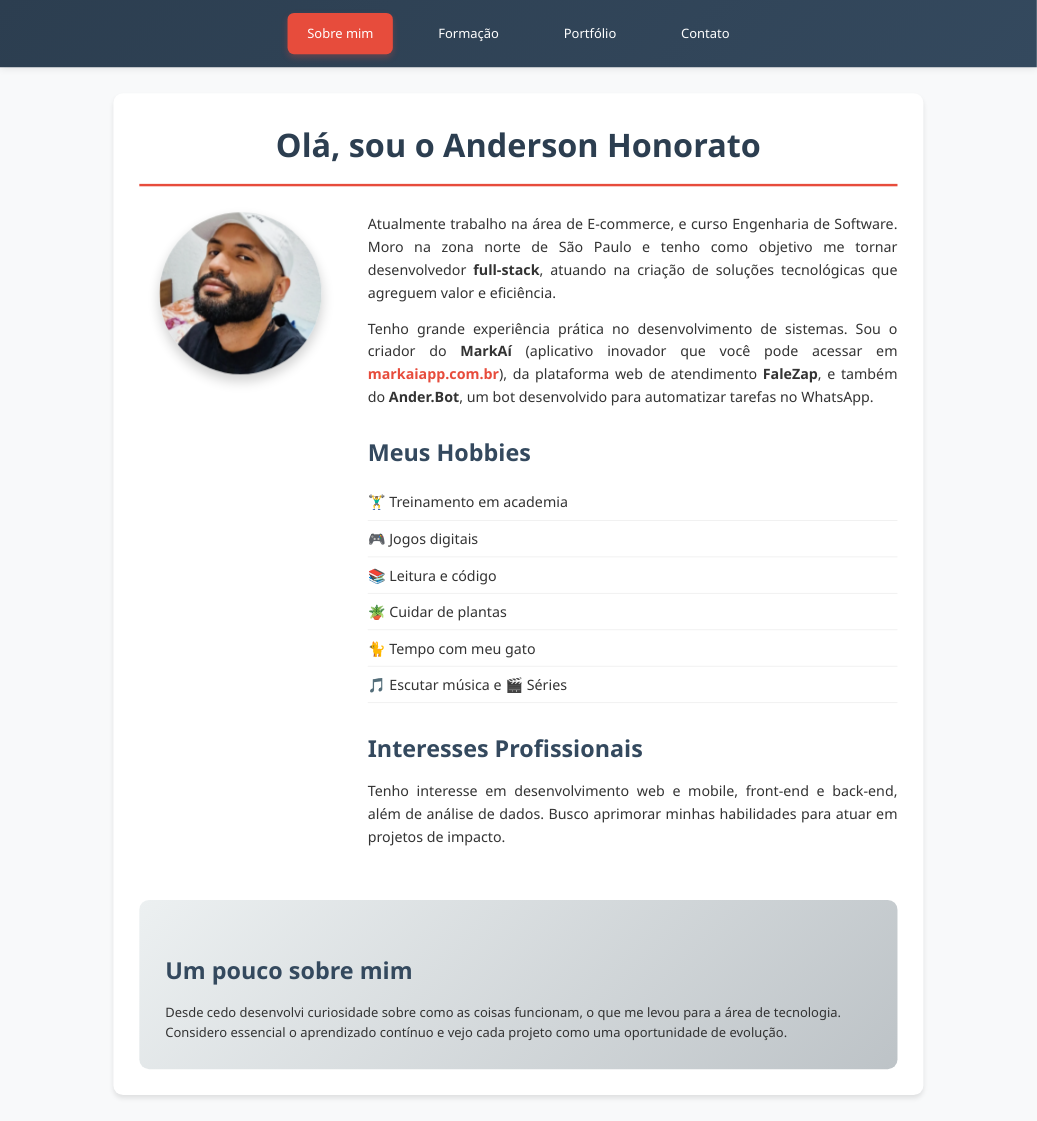
Repository: AnderHonorato/meu-portfolio
Page: index.html
These files come from the project's save history. The page is drawn as it stood at one moment and after the next save; the edit follows.
The browser window is 1280 px wide. The pictures show the whole page, at 81% of full size.

Above is the page before, as saved 2026-02-24 20:25:18.

### index.html
<!DOCTYPE html>
<html lang="pt-br">
<head>
    <meta charset="UTF-8">
    <meta name="viewport" content="width=device-width, initial-scale=1.0">
    <title>Anderson Honorato - Portfólio</title>
    <link rel="stylesheet" href="css/style.css">
</head>
<body>
    <nav class="menu">
        <ul>
            <li><a href="index.html" class="ativo">Sobre mim</a></li>
            <li><a href="formacao.html">Formação</a></li>
            <li><a href="portfolio.html">Portfólio</a></li>
            <li><a href="contato.html">Contato</a></li>
        </ul>
    </nav>

<main class="conteudo">
    <h1>Olá, sou o Anderson Honorato</h1>

    <div class="sobre-container">
        <div class="foto-perfil">
            <img src="img/foto-perfil.png" alt="Foto de Anderson Honorato" class="minha-foto">
        </div>

        <div class="texto-sobre">
            <p>Atualmente trabalho na área de E-commerce, e curso Engenharia de Software. Moro na zona norte de São Paulo e tenho como objetivo me tornar desenvolvedor <strong>full-stack</strong>, atuando na criação de soluções tecnológicas que agreguem valor e eficiência.</p>

            <p>Tenho grande experiência prática no desenvolvimento de sistemas. Sou o criador do <strong>MarkAí</strong> (aplicativo inovador que você pode acessar em <a href="https://markaiapp.com.br" target="_blank" style="color: #e74c3c; text-decoration: none; font-weight: bold;">markaiapp.com.br</a>), da plataforma web de atendimento <strong>FaleZap</strong>, e também do <strong>Ander.Bot</strong>, um bot desenvolvido para automatizar tarefas no WhatsApp.</p>

            <h2>Meus Hobbies</h2>
            <ul class="lista-hobbies">
                <li>🏋️‍♂️ Treinamento em academia
                    <div class="hobby-detalhe">Foco em manter a saúde, energia e disciplina física.</div>
                </li>
                <li>🎮 Jogos digitais
                    <div class="hobby-detalhe">Adoro jogos com boa história, já zerei todos da Lara Croft!</div>
                </li>
                <li>📚 Leitura e código
                    <div class="hobby-detalhe">Sou mais noturno, então é o horário que costumo render mais nos estudos.</div>
                </li>
                <li>🪴 Cuidar de plantas
                    <div class="hobby-detalhe">Tenho algumas em casa, como uma Aralia Ming e uma orquídea.</div>
                </li>
                <li>🐈 Tempo com meu gato
                    <div class="hobby-detalhe">O nome dele é Cookie, ele é macho e um grande companheiro.</div>
                </li>
                <li>🎵 Escutar música e 🎬 Séries
                    <div class="hobby-detalhe">Perfeito para relaxar após algumas horas programando.</div>
                </li>
            </ul>

            <h2>Interesses Profissionais</h2>
            <p>Tenho interesse em desenvolvimento web e mobile, front-end e back-end, além de análise de dados. Busco aprimorar minhas habilidades para atuar em projetos de impacto.</p>
        </div>
    </div>

    <div class="info-adicional">
        <h2>Um pouco sobre mim</h2>
        <p>Desde cedo desenvolvi curiosidade sobre como as coisas funcionam, o que me levou para a área de tecnologia. Considero essencial o aprendizado contínuo e vejo cada projeto como uma oportunidade de evolução.</p>
    </div>
</main>

</body>
</html>

### css/style.css
/* Reset básico e configurações globais */
* {
    margin: 0;
    padding: 0;
    box-sizing: border-box;
}

/* Configurações do corpo da página */
body {
    font-family: 'Segoe UI', Tahoma, Geneva, Verdana, sans-serif;
    line-height: 1.6;
    color: #333;
    background-color: #f8f9fa;
    /* NOVA: Evita que animações criem barra de rolagem horizontal */
    overflow-x: hidden;
}

/* NOVA: Transição global suave para elementos interativos */
a, button, li, .projeto-item, .item-formacao, input, textarea, select {
    transition: all 0.3s cubic-bezier(0.25, 0.8, 0.25, 1);
}

/* Menu de navegação - SEMPRE VISÍVEL */
.menu {
    background: linear-gradient(135deg, #2c3e50, #34495e);
    padding: 1rem 0;
    position: sticky; /* Menu fica fixo no topo ao rolar */
    top: 0;
    z-index: 1000; /* Garante que fica por cima de outros elementos */
    box-shadow: 0 2px 10px rgba(0,0,0,0.1);
}

.menu ul {
    list-style: none;
    display: flex;
    justify-content: center;
    gap: 2rem;
    max-width: 1200px;
    margin: 0 auto;
    padding: 0 1rem;
}

.menu a {
    color: white;
    text-decoration: none;
    padding: 0.8rem 1.5rem;
    border-radius: 8px;
    transition: all 0.3s ease;
    display: block;
    font-weight: 500;
}

.menu a:hover {
    background-color: rgba(255, 255, 255, 0.1);
    transform: translateY(-2px);
}

.menu a.ativo {
    background-color: #e74c3c;
    box-shadow: 0 4px 8px rgba(231, 76, 60, 0.3);
}

/* Conteúdo principal */
.conteudo {
    max-width: 1000px;
    margin: 2rem auto;
    padding: 0 1rem;
    background-color: white;
    border-radius: 12px;
    box-shadow: 0 4px 6px rgba(0,0,0,0.1);
    padding: 2rem;
    /* Animação original mantida */
    animation: slideInUp 0.6s ease-out;
}

.conteudo h1 {
    color: #2c3e50;
    margin-bottom: 1.5rem;
    text-align: center;
    font-size: 2.5rem;
    border-bottom: 3px solid #e74c3c;
    padding-bottom: 1rem;
}

.conteudo h2 {
    color: #34495e;
    margin: 2rem 0 1rem 0;
    font-size: 1.8rem;
}

/* === ESTILOS PÁGINA SOBRE MIM === */
.sobre-container {
    display: grid;
    grid-template-columns: 250px 1fr;
    gap: 2rem;
    margin-top: 2rem;
}

.foto-perfil {
    text-align: center;
}

.placeholder-foto {
    width: 200px;
    height: 200px;
    border-radius: 50%;
    background: linear-gradient(135deg, #e74c3c, #c0392b);
    display: flex;
    align-items: center;
    justify-content: center;
    color: white;
    font-weight: bold;
    margin: 0 auto;
    box-shadow: 0 8px 16px rgba(231, 76, 60, 0.3);
}

.minha-foto {
    width: 200px;
    height: 200px;
    border-radius: 50%;
    object-fit: cover;
    box-shadow: 0 8px 16px rgba(0,0,0,0.2);
    /* NOVA: Animação de flutuação para a foto */
    animation: float 5s ease-in-out infinite;
}

.foto-perfil img {
    width: 200px;
    height: 200px;
    border-radius: 50%;
    object-fit: cover;
    box-shadow: 0 8px 16px rgba(0,0,0,0.2);
}

.texto-sobre {
    flex: 1;
}

.texto-sobre p {
    margin-bottom: 1rem;
    text-align: justify;
    font-size: 1.1rem;
}

.lista-hobbies {
    list-style: none;
    margin: 1rem 0;
}

.lista-hobbies li {
    padding: 0.5rem 0;
    font-size: 1.1rem;
    border-bottom: 1px solid #eee;
    transition: all 0.3s ease;
}

.lista-hobbies li:hover {
    background-color: #f8f9fa;
    padding-left: 1rem;
    border-left: 4px solid #e74c3c;
}

/* NOVA: Detalhe do hobby ao passar o mouse */
.hobby-detalhe {
    max-height: 0;
    opacity: 0;
    overflow: hidden;
    font-size: 0.95rem;
    color: #666;
    padding-left: 1rem;
    transition: all 0.4s cubic-bezier(0.25, 0.8, 0.25, 1);
}

.lista-hobbies li:hover .hobby-detalhe {
    max-height: 100px;
    opacity: 1;
    margin-top: 0.5rem;
}

.info-adicional {
    margin-top: 3rem;
    padding: 2rem;
    background: linear-gradient(135deg, #ecf0f1, #bdc3c7);
    border-radius: 12px;
}

/* === ESTILOS PÁGINA FORMAÇÃO === */
.formacao-secao {
    margin-bottom: 3rem;
}

.item-formacao {
    background: linear-gradient(135deg, #f8f9fa, #e9ecef);
    padding: 2rem;
    border-radius: 12px;
    margin-bottom: 1.5rem;
    border-left: 5px solid #e74c3c;
    transition: transform 0.3s ease;
}

.item-formacao:hover {
    transform: translateY(-5px);
    box-shadow: 0 8px 16px rgba(0,0,0,0.1);
}

.item-formacao h3 {
    color: #2c3e50;
    margin-bottom: 1rem;
    font-size: 1.3rem;
}

.item-formacao p {
    margin-bottom: 0.5rem;
}

.lista-idiomas {
    list-style: none;
}

.lista-idiomas li {
    padding: 1rem 0;
    border-bottom: 1px solid #ddd;
}

.lista-idiomas li:last-child {
    border-bottom: none;
}

.nivel-idioma {
    margin-top: 0.5rem;
}

.barra-progresso {
    width: 100%;
    height: 8px;
    background-color: #ecf0f1;
    border-radius: 4px;
    overflow: hidden;
    margin: 0.5rem 0;
}

.progresso {
    height: 100%;
    background: linear-gradient(90deg, #e74c3c, #c0392b);
    transition: width 0.3s ease;
    /* NOVA: Animação de encher a barra */
    animation: fillProgress 1.5s ease-out forwards;
}

.descricao-nivel {
    font-size: 0.9rem;
    color: #7f8c8d;
    font-style: italic;
}

.proximos-estudos ul {
    list-style: none;
    display: grid;
    grid-template-columns: repeat(auto-fit, minmax(250px, 1fr));
    gap: 1rem;
}

.proximos-estudos li {
    background-color: #fff3cd;
    padding: 1rem;
    border-radius: 8px;
    border-left: 4px solid #ffc107;
    font-weight: 500;
}

/* === ESTILOS PÁGINA PORTFÓLIO === */
.intro-portfolio {
    text-align: center;
    font-size: 1.2rem;
    margin-bottom: 2rem;
    padding: 1rem;
    background-color: #f8f9fa;
    border-radius: 8px;
    border-left: 4px solid #e74c3c;
}

.projetos-grid {
    display: grid;
    grid-template-columns: repeat(auto-fit, minmax(350px, 1fr));
    gap: 2rem;
    margin-bottom: 3rem;
}

.projeto-item {
    background: linear-gradient(135deg, #ffffff, #f8f9fa);
    padding: 2rem;
    border-radius: 12px;
    box-shadow: 0 4px 8px rgba(0,0,0,0.1);
    transition: all 0.3s ease;
    border-top: 4px solid #e74c3c;
}

.projeto-item:hover {
    transform: translateY(-8px);
    box-shadow: 0 12px 24px rgba(0,0,0,0.15);
}

.projeto-item h3 {
    color: #2c3e50;
    margin-bottom: 1rem;
    font-size: 1.4rem;
}

.tags-projeto {
    margin-bottom: 1rem;
}

.tag {
    display: inline-block;
    background: linear-gradient(135deg, #e74c3c, #c0392b);
    color: white;
    padding: 0.3rem 0.8rem;
    border-radius: 20px;
    font-size: 0.8rem;
    margin-right: 0.5rem;
    font-weight: 500;
}

.projeto-detalhes {
    margin: 1rem 0;
    padding: 1rem;
    background-color: #f8f9fa;
    border-radius: 8px;
}

.projeto-detalhes p {
    margin-bottom: 0.5rem;
    font-size: 0.9rem;
}

.btn-projeto {
    display: inline-block;
    background: linear-gradient(135deg, #3498db, #2980b9);
    color: white;
    padding: 0.8rem 1.5rem;
    text-decoration: none;
    border-radius: 8px;
    transition: all 0.3s ease;
    font-weight: 500;
}

.btn-projeto:hover {
    transform: translateY(-2px);
    box-shadow: 0 4px 8px rgba(52, 152, 219, 0.3);
}

/* Habilidades técnicas */
.habilidades-secao {
    margin-top: 3rem;
    padding: 2rem;
    background: linear-gradient(135deg, #ecf0f1, #bdc3c7);
    border-radius: 12px;
}

.habilidades-grid {
    display: grid;
    grid-template-columns: repeat(auto-fit, minmax(250px, 1fr));
    gap: 1.5rem;
    margin-top: 1rem;
}

.habilidade-item {
    background-color: white;
    padding: 1.5rem;
    border-radius: 8px;
    box-shadow: 0 2px 4px rgba(0,0,0,0.1);
}

.habilidade-item h4 {
    color: #2c3e50;
    margin-bottom: 1rem;
    font-size: 1.1rem;
}

.nivel-habilidade {
    display: flex;
    align-items: center;
    gap: 1rem;
}

.barra-habilidade {
    flex: 1;
    height: 8px;
    background-color: #ecf0f1;
    border-radius: 4px;
    overflow: hidden;
}

.progresso-habilidade {
    height: 100%;
    background: linear-gradient(90deg, #27ae60, #2ecc71);
    transition: width 0.3s ease;
    /* NOVA: Animação */
    animation: fillProgress 1.5s ease-out forwards;
}

.estudos-atuais {
    margin-top: 2rem;
    padding: 2rem;
    background-color: #e8f5e8;
    border-radius: 12px;
    border-left: 5px solid #27ae60;
}

.lista-estudos {
    list-style: none;
    display: grid;
    grid-template-columns: repeat(auto-fit, minmax(300px, 1fr));
    gap: 1rem;
}

.lista-estudos li {
    padding: 1rem;
    background-color: white;
    border-radius: 8px;
    box-shadow: 0 2px 4px rgba(0,0,0,0.1);
    transition: transform 0.3s ease;
}

.lista-estudos li:hover {
    transform: translateX(10px);
}

/* === ESTILOS PÁGINA CONTATO === */
.intro-contato {
    text-align: center;
    font-size: 1.2rem;
    margin-bottom: 2rem;
    padding: 1rem;
    background: linear-gradient(135deg, #d4edda, #c3e6cb);
    border-radius: 8px;
    border-left: 4px solid #28a745;
}

.contato-container {
    display: grid;
    grid-template-columns: 2fr 1fr;
    gap: 3rem;
    margin-top: 2rem;
}

.formulario-contato {
    background-color: #f8f9fa;
    padding: 2rem;
    border-radius: 12px;
    box-shadow: 0 4px 8px rgba(0,0,0,0.1);
}

.formulario-contato h2 {
    color: #2c3e50;
    margin-bottom: 1.5rem;
    text-align: center;
}

.form-contato {
    display: flex;
    flex-direction: column;
    gap: 1.5rem;
}

.campo {
    display: flex;
    flex-direction: column;
}

.campo.checkbox {
    flex-direction: row;
    align-items: center;
    gap: 0.5rem;
}

.campo.checkbox input {
    width: auto;
}

.campo label {
    margin-bottom: 0.5rem;
    font-weight: 600;
    color: #2c3e50;
}

.campo input,
.campo textarea,
.campo select {
    padding: 0.8rem;
    border: 2px solid #ddd;
    border-radius: 8px;
    font-size: 1rem;
    transition: border-color 0.3s ease;
    font-family: inherit;
}

.campo input:focus,
.campo textarea:focus,
.campo select:focus {
    outline: none;
    border-color: #e74c3c;
    box-shadow: 0 0 0 3px rgba(231, 76, 60, 0.1);
}

.btn-enviar {
    background: linear-gradient(135deg, #e74c3c, #c0392b);
    color: white;
    padding: 1rem 2rem;
    border: none;
    border-radius: 8px;
    cursor: pointer;
    font-size: 1.1rem;
    font-weight: 600;
    transition: all 0.3s ease;
}

.btn-enviar:hover {
    transform: translateY(-2px);
    box-shadow: 0 4px 8px rgba(231, 76, 60, 0.3);
}

.mensagem-retorno {
    margin-top: 1rem;
    padding: 1rem;
    background-color: #d4edda;
    border: 1px solid #c3e6cb;
    border-radius: 8px;
    color: #155724;
    text-align: center;
    font-weight: 500;
}

/* Informações de contato */
.info-contato {
    background-color: white;
    padding: 2rem;
    border-radius: 12px;
    box-shadow: 0 4px 8px rgba(0,0,0,0.1);
    height: fit-content;
}

.info-contato h2 {
    color: #2c3e50;
    margin-bottom: 1.5rem;
    text-align: center;
}

.contato-item {
    margin-bottom: 2rem;
    padding: 1rem;
    background-color: #f8f9fa;
    border-radius: 8px;
    border-left: 4px solid #3498db;
}

.contato-item h3 {
    color: #2c3e50;
    margin-bottom: 0.5rem;
    font-size: 1.1rem;
}

.contato-item p {
    font-weight: 600;
    color: #34495e;
    margin-bottom: 0.3rem;
}

.contato-item small {
    color: #7f8c8d;
    font-style: italic;
}

.disponibilidade {
    padding: 1rem;
    background: linear-gradient(135deg, #fff3cd, #ffeaa7);
    border-radius: 8px;
    border-left: 4px solid #ffc107;
}

.disponibilidade h3 {
    color: #2c3e50;
    margin-bottom: 1rem;
}

.disponibilidade ul {
    list-style: none;
}

.disponibilidade li {
    padding: 0.3rem 0;
    color: #856404;
}

/* Dicas de contato */
.dicas-contato {
    margin-top: 3rem;
    padding: 2rem;
    background: linear-gradient(135deg, #e8f4fd, #d1ecf1);
    border-radius: 12px;
}

.dicas-grid {
    display: grid;
    grid-template-columns: repeat(auto-fit, minmax(250px, 1fr));
    gap: 1.5rem;
    margin-top: 1rem;
}

.dica-item {
    background-color: white;
    padding: 1.5rem;
    border-radius: 8px;
    box-shadow: 0 2px 4px rgba(0,0,0,0.1);
    transition: transform 0.3s ease;
}

.dica-item:hover {
    transform: translateY(-5px);
}

.dica-item h4 {
    color: #2c3e50;
    margin-bottom: 1rem;
}

.dica-item p {
    color: #34495e;
    font-size: 0.9rem;
}

/* === RESPONSIVIDADE === */
@media (max-width: 768px) {
    .menu ul {
        flex-wrap: wrap;
        gap: 0.5rem;
        justify-content: center;
    }

    .menu a {
        padding: 0.6rem 1rem;
        font-size: 0.9rem;
    }

    .conteudo {
        margin: 1rem;
        padding: 1.5rem;
    }

    .conteudo h1 {
        font-size: 2rem;
    }

    .sobre-container {
        grid-template-columns: 1fr;
        text-align: center;
        gap: 1.5rem;
    }

    .item-formacao {
        padding: 1.5rem;
    }

    .projetos-grid {
        grid-template-columns: 1fr;
        gap: 1.5rem;
    }

    .habilidades-grid {
        grid-template-columns: 1fr;
    }

    .contato-container {
        grid-template-columns: 1fr;
        gap: 2rem;
    }

    .dicas-grid {
        grid-template-columns: 1fr;
    }
}

@media (max-width: 480px) {
    .conteudo {
        padding: 1rem;
    }

    .conteudo h1 {
        font-size: 1.8rem;
    }

    .menu ul {
        flex-direction: column;
        gap: 0.3rem;
    }

    .projeto-item,
    .item-formacao,
    .formulario-contato {
        padding: 1rem;
    }
}

/* Animações e efeitos especiais originais mantidos */
@keyframes slideInUp {
    from {
        opacity: 0;
        transform: translateY(30px);
    }
    to {
        opacity: 1;
        transform: translateY(0);
    }
}

/* NOVAS ANIMAÇÕES QUE VOCÊ PEDIU */
@keyframes float {
    0% { transform: translateY(0px); }
    50% { transform: translateY(-8px); }
    100% { transform: translateY(0px); }
}

@keyframes fillProgress {
    from { width: 0; }
}

/* Scroll suave */
html {
    scroll-behavior: smooth;
}

/* destaque original */
.projeto-item.destaque {
    background: linear-gradient(135deg, #f0f9ff, #e6f7ff);
    border-left: 6px solid #3498db;
    box-shadow: 0 8px 16px rgba(52, 152, 219, 0.2);
    transform: scale(1.02);
    transition: all 0.4s ease;
    position: relative;
    overflow: hidden;
}

.projeto-item.destaque:hover {
    transform: scale(1.04);
    box-shadow: 0 12px 24px rgba(52, 152, 219, 0.3);
}

.projeto-item.destaque::before {
    content: "";
    position: absolute;
    top: -2px;
    left: -2px;
    right: -2px;
    bottom: -2px;
    background: linear-gradient(90deg, #3498db, #2980b9, #3498db);
    z-index: 0;
    border-radius: 12px;
    filter: blur(6px);
    opacity: 0.7;
    /* Original animarBorda */
    animation: animarBorda 3s linear infinite;
}

.projeto-item.destaque > * {
    position: relative;
    z-index: 1;
}

@keyframes animarBorda {
    0% { background-position: 0% 50%; }
    50% { background-position: 100% 50%; }
    100% { background-position: 0% 50%; }
}

After the next save:
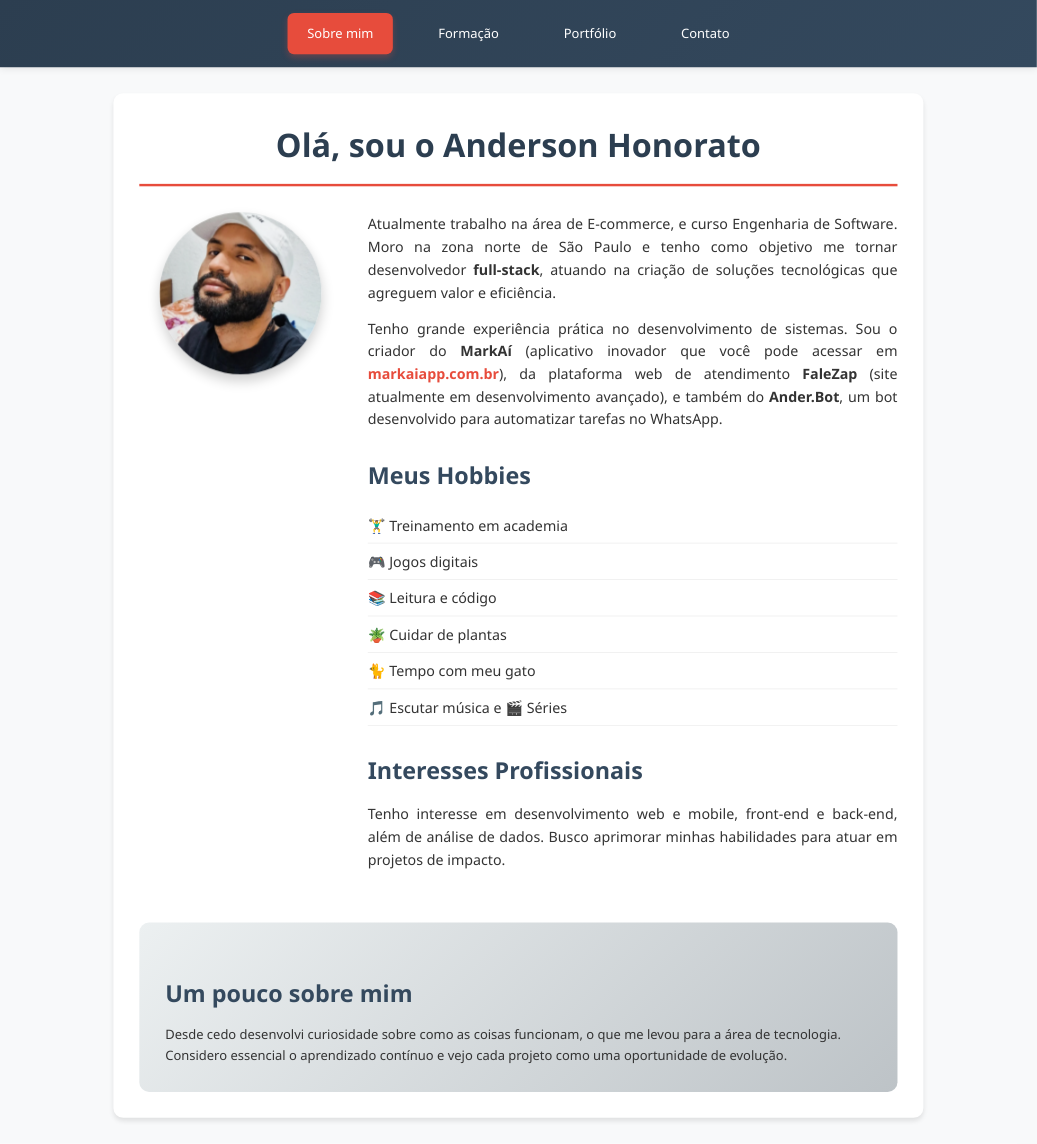
Saved 42 s later.
--- a/index.html
+++ b/index.html
@@ -27,7 +27,7 @@
         <div class="texto-sobre">
             <p>Atualmente trabalho na área de E-commerce, e curso Engenharia de Software. Moro na zona norte de São Paulo e tenho como objetivo me tornar desenvolvedor <strong>full-stack</strong>, atuando na criação de soluções tecnológicas que agreguem valor e eficiência.</p>
 
-            <p>Tenho grande experiência prática no desenvolvimento de sistemas. Sou o criador do <strong>MarkAí</strong> (aplicativo inovador que você pode acessar em <a href="https://markaiapp.com.br" target="_blank" style="color: #e74c3c; text-decoration: none; font-weight: bold;">markaiapp.com.br</a>), da plataforma web de atendimento <strong>FaleZap</strong>, e também do <strong>Ander.Bot</strong>, um bot desenvolvido para automatizar tarefas no WhatsApp.</p>
+            <p>Tenho grande experiência prática no desenvolvimento de sistemas. Sou o criador do <strong>MarkAí</strong> (aplicativo inovador que você pode acessar em <a href="https://markaiapp.com.br" target="_blank" style="color: #e74c3c; text-decoration: none; font-weight: bold;">markaiapp.com.br</a>), da plataforma web de atendimento <strong>FaleZap</strong> (site atualmente em desenvolvimento avançado), e também do <strong>Ander.Bot</strong>, um bot desenvolvido para automatizar tarefas no WhatsApp.</p>
 
             <h2>Meus Hobbies</h2>
             <ul class="lista-hobbies">
